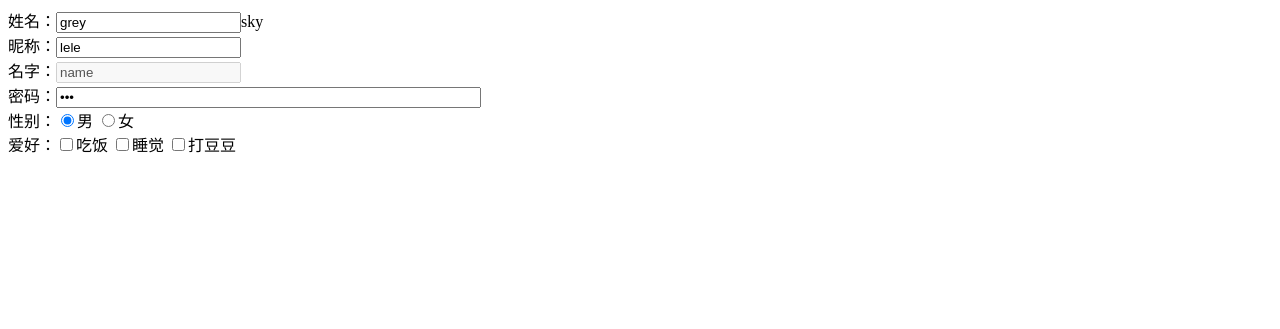
Repository: GreySky476/web_study
Page: html/formTag.html
The author's editor kept a copy of each file at every save. The page is drawn from the files as they stood at one save, then again after the next save.
The browser window is 1280 px wide. The pictures show the whole page.

Above is the page before, as saved 2023-07-25 00:10:41.

After the next save:
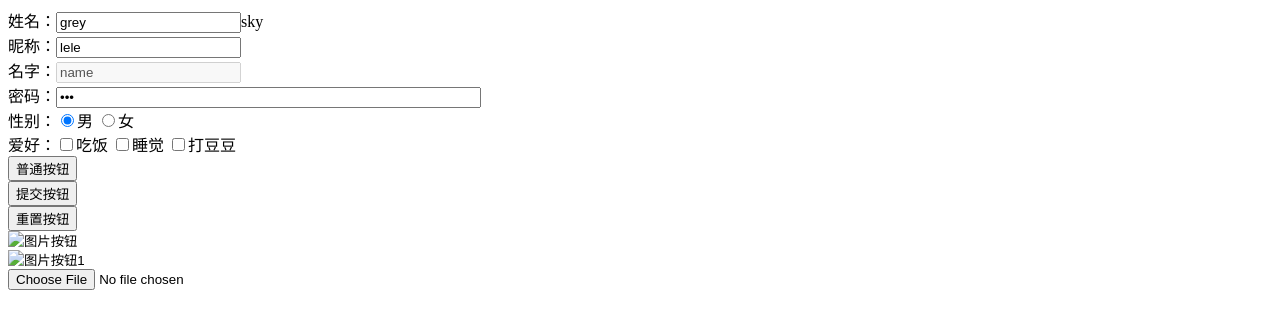
Saved 2 min 16 s later.
--- a/html/formTag.html
+++ b/html/formTag.html
@@ -63,5 +63,13 @@
             <input type="checkbox" name="love" value="sleep">睡觉
             <input type="checkbox" name="love" value="bat">打豆豆
     </form>
+    <form>
+        <input type="button" value="普通按钮"><br>
+        <input type="submit" value="提交按钮"><br>
+        <input type="reset" value="重置按钮"><br>
+        <input type="image" value="图片按钮"><br>
+        <input type="image" src="" width="800" value="图片按钮1"><br>
+        <input type="file" value="文件选择框">
+    </form>
 </body>
 </html>
